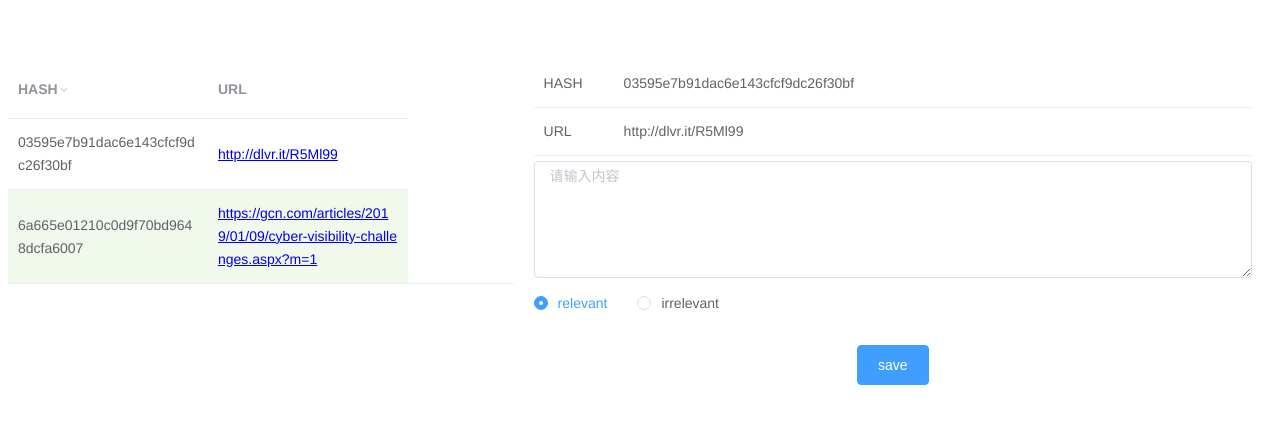
Repository: NicoleGX/TI
Page: /
These files come from the project's save history. The page is drawn as it stood at one moment and after the next save; the edit follows.
The browser window is 1280 px wide. The pictures show the whole page.
The page's requests for data from a server got no answer. The project was rebuilt for these pictures with package versions that can differ from the ones it lists, and the page was loaded fresh each time. No one was signed in, and anything a server would have sent is missing.

Above is the page before, as saved 2019-05-29 10:47:00.

After the next save:
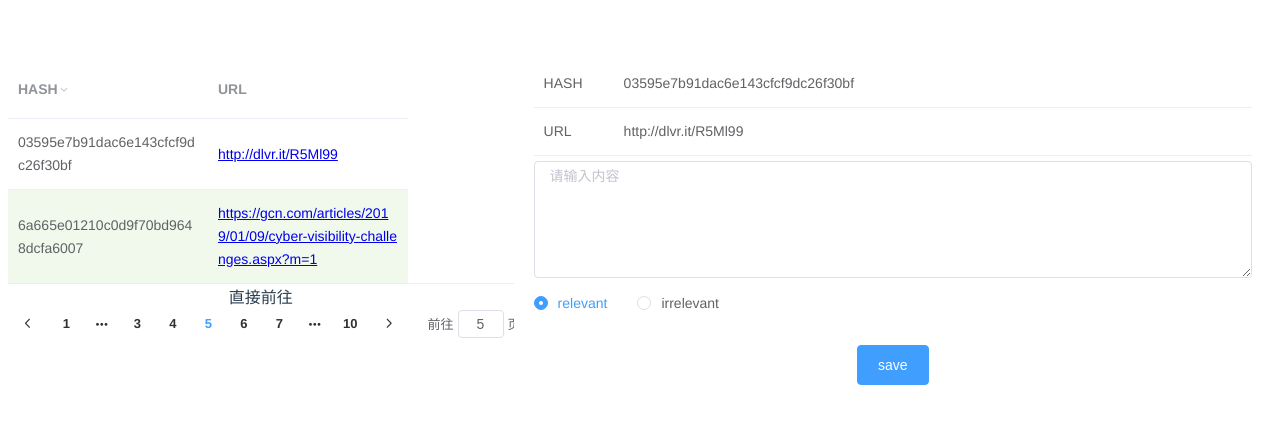
Saved 4 h 5 min later.
--- a/src/views/TextClassification.vue
+++ b/src/views/TextClassification.vue
@@ -24,6 +24,17 @@
           </template>
         </el-table-column>
       </el-table>
+      <div class="block">
+        <span class="demonstration">直接前往</span>
+        <el-pagination
+          @size-change="handleSizeChange"
+          @current-change="handleCurrentChange"
+          :current-page.sync="currentPage3"
+          :page-size="100"
+          layout="prev, pager, next, jumper"
+          :total="1000">
+        </el-pagination>
+      </div>
     </el-aside>
 
     <el-main style="width: 60%;padding-top: 0;padding-bottom: 0;">
@@ -89,6 +100,12 @@ export default {
           this.toastr.error(`${err.message}`, 'ERROR!')
           console.log(err)
         })
+    },
+    handleSizeChange(val) {
+      console.log(`每页 ${val} 条`);
+    },
+    handleCurrentChange(val) {
+      console.log(`当前页: ${val}`);
     }
   },
   data() {
@@ -112,7 +129,11 @@ export default {
       form: {
         text: '',
         radio: 'relevant'
-      }
+      },
+      currentPage1: 5,
+      currentPage2: 5,
+      currentPage3: 5,
+      currentPage4: 4
     }
   }
 }
